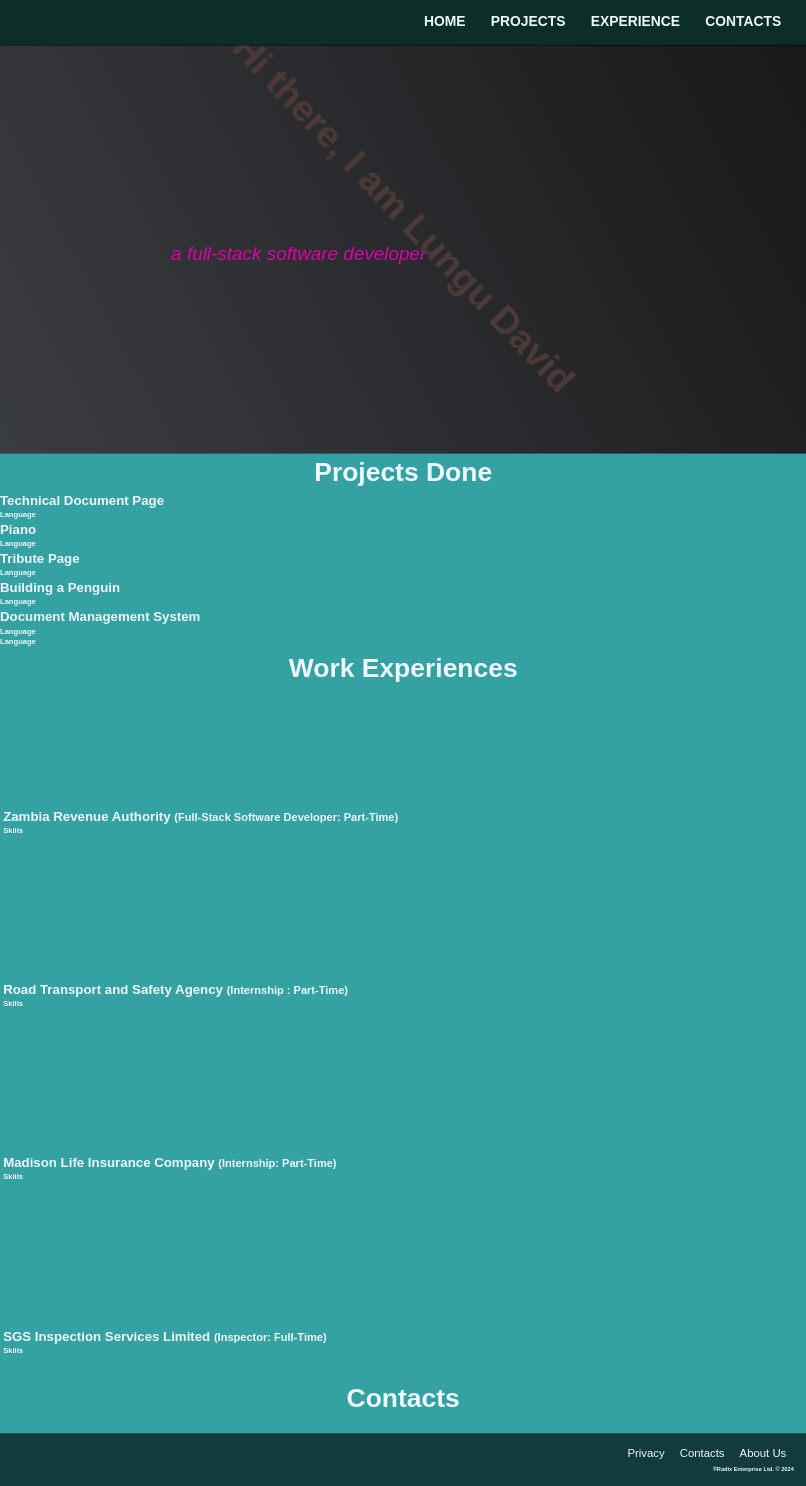
Repository: Lungdjos/personal_portifolio
Page: html/index.html
These files come from the project's save history. The page is drawn as it stood at one moment and after a run of saves; the edit follows.
The browser window is 1280 px wide. The pictures show the whole page, at 63% of full size.

Above is the page before, as saved 2024-02-02 01:24:23.

### html/index.html
<!DOCTYPE html>
<html lang="en">

<head>
    <meta charset="UTF-8">
    <meta name="viewport" content="width=device-width, initial-scale=1.0">
    <title>Personal Portifolio</title>
    <link rel="stylesheet" href="/css/styles.css">
    <!-- <link href="https://cdn.jsdelivr.net/npm/bootstrap@5.3.2/dist/css/bootstrap.min.css" rel="stylesheet" integrity="sha384-T3c6CoIi6uLrA9TneNEoa7RxnatzjcDSCmG1MXxSR1GAsXEV/Dwwykc2MPK8M2HN" crossorigin="anonymous"> -->
</head>

<body>
    <header class="header">
        <nav id="navbar">
            <ul class="nav-list">
                <li><a href="#Home" class="nav-link"><i class=""></i>Home</a></li>
                <li>
                    <a href="#Works" class="nav-link"> <i class=""></i>Projects</a>
                </li>
                <li>
                    <a href="#Work-Experience" class="nav-link"> <i class=""></i>Experience</a>
                </li>
                <li><a href="#Contacts" class="nav-link"><i class=""></i>Contacts</a></li>
            </ul>
        </nav>
    </header>
    <main class="m-3">
        <div id="spacer"></div>
        <section class="home" id="Home">
            <div id="welcome-section">
                <h1 id="title">Hi there, I am Lungu David</h1>
                <p id="sub-title">a full-stack software developer</p>
            </div>
        </section>
        <div id="spacer"></div>
        <section class="works" id="Works">
            <h2>Projects Done</h2>
            <div class="grid">
                <div class="projects">
                    <h3>Technical Document Page</h3>
                    <h6 class="language">Language</h6>
                    <p>
                        <ul>
                            <li></li>
                        </ul>
                    </p>
                </div>
                <div class="projects">
                    <h3>Piano</h3>
                    <h6 class="language">Language</h6>
                    <p>
                        <ul>
                            <li></li>
                        </ul>
                    </p>
                </div>
                <div class="projects">
                    <h3>Tribute Page</h3>
                    <h6 class="language">Language</h6>
                    <p>
                        <ul>
                            <li></li>
                        </ul>
                    </p>
                </div>
                <div class="projects">
                    <h3>Building a Penguin</h3>
                    <h6 class="language">Language</h6>
                    <p>
                        <ul>
                            <li></li>
                        </ul>
                    </p>
                </div>
                <div class="projects">
                    <h3>Document Management System</h3>
                    <h6 class="language">Language</h6>
                    <p>
                        <ul>
                            <li></li>
                        </ul>
                    </p>
                </div>
                <div class="projects">
                    <h3></h3>
                    <h6 class="language">Language</h6>
                    <p>
                        <ul>
                            <li></li>
                        </ul>
                    </p>
                </div>
            </div>
        </section>
        <div id="spacer"></div>
        <section class="" id="Work-Experience">
            <h2>Work Experiences</h2>
            <div id="grid">
                <div id="icon"></div>
                <div class="experience">
                    <h3>Zambia Revenue Authority <small>(Full-Stack Software Developer: Part-Time)</small></h3>
                    <h6 class="skills">Skills</h6>
                    <p>
                        <ul>
                            <li></li>
                            <li></li>
                            <li></li>
                            <li></li>
                        </ul>
                    </p>
                </div>
            </div>

            <div id="grid">
                <div id="icon"></div>
                <div class="experience">
                    <h3>Road Transport and Safety Agency <small>(Internship : Part-Time)</small></h3>
                    <h6 class="skills">Skills</h6>
                    <p>
                        <ul>
                            <li></li>
                            <li></li>
                            <li></li>
                            <li></li>
                        </ul>
                    </p>
                </div>
            </div>

            <div id="grid">
                <div id="icon"></div>
                <div class="experience">
                    <h3>Madison Life Insurance Company <small>(Internship: Part-Time)</small></h3>
                    <h6 class="skills">Skills</h6>
                    <p>
                        <ul>
                            <li></li>
                            <li></li>
                            <li></li>
                            <li></li>
                        </ul>
                    </p>
                </div>
            </div>

            <div id="grid">
                <div id="icon"></div>
                <div class="experience">
                    <h3>SGS Inspection Services Limited <small>(Inspector: Full-Time)</small></h3>
                    <h6 class="skills">Skills</h6>
                    <p>
                        <ul>
                            <li></li>
                            <li></li>
                            <li></li>
                            <li></li>
                        </ul>
                    </p>
                </div>
            </div>
        </section>
        <div id="spacer"></div>
        <section class="contact" id="Contacts">
            <h2>Contacts</h2>
        </section>
    </main>
    <footer>
        <ul>
            <li><a href="">Privacy</a></li>
            <li><a href="">Contacts</a></li>
            <li><a href="">About Us</a></li>
        </ul>
        <span>&REG;Radix Enterprise Ltd. &copy; 2024</span>
    </footer>
</body>

</html>

### css/styles.css
/** STYLING FOR THE PORTIFOLIO **/


/* the root selector */

:root {
    /* colors */
    --main-col: aliceblue;
    --bc-1: #34a2a2;
    --bc-2: #0b2e28;
    --bc-3: #123b3b;
    --bc-4: #45567d;
    /* values */
}

html {
    font-size: 62.5%;
    box-sizing: border-box;
    scroll-behavior: smooth;
}

* {
    margin: 0;
    padding: 0;
}


/* box-sizing and font sizing */

*,
*::before,
*::after {
    box-sizing: inherit;
}


/* body styling */

body {
    font-family: 'Poppins', sans-serif;
    font-size: 1.8rem;
    font-weight: 400;
    line-height: 1.4;
    color: var(--main-col);
    background-color: var(--bc-1);
}


/* headings styling */

h1,
h2 {
    font-family: 'Raleway', sans-serif;
    font-weight: 600;
    text-align: center;
}

h1 {
    font-size: 6rem;
}

h2 {
    font-size: 4.2rem;
}


/* List and anchor styling */

ul {
    list-style: none;
}

a {
    color: var(--main-col);
    text-decoration: none;
}

img {
    display: block;
    width: 100%;
}


/* nav bar styling */

nav {
    font-weight: 600;
}

.header {
    display: flex;
    justify-content: flex-end;
    position: fixed;
    top: 0;
    left: 0;
    width: 100%;
    box-shadow: 0 2px 0 rgba(0, 0, 0, 0.4);
    z-index: 10;
    background-color: var(--bc-2);
}

nav>ul {
    display: flex;
    margin-right: 2rem;
    text-transform: uppercase;
}

.nav-list a {
    display: block;
    font-size: 2.2rem;
    padding: 2rem;
}

.nav-list a:hover {
    background: var(--bc-4);
}


/* body tyling */

#spacer {
    max-width: 1000px;
    width: 100%;
    margin: 0 auto;
}

main>li {
    list-style-type: disc;
}


/* Styling or the Home Page */

.home {
    width: 100%;
    height: 100vh;
    display: flex;
    flex-direction: column;
    justify-content: center;
    align-items: center;
    background: inherit;
    background-image: linear-gradient(62deg, #3a3d40 0%, #181719 100%);
}

#welcome-section>p {
    font-size: 3rem;
    font-weight: 200;
    font-style: italic;
    color: #d0a;
}

#title {
    transform-origin: center;
    animation: rotateAndChangeColor 4s infinite ease-in-out;
}

#sub-title {
    text-indent: 10px;
}


/* Work Experience */

#Work-Experience {
    margin-top: 5px;
}

#Work-Experience #icon {
    display: flex;
    flex-direction: column;
    justify-content: center;
    height: 150px;
    width: 20vw;
}

#Work-Experience .experience {
    display: flex;
    flex-direction: column;
    justify-content: center;
    height: 125px;
    width: 80vw;
    padding: 5px;
}


/* footer styling */

footer {
    margin-top: 25px;
    padding: 20px;
    width: 100%;
    background-color: var(--bc-3);
}

footer>ul {
    display: flex;
    justify-content: flex-end;
}

footer>ul>li {
    padding: 0 12px;
}

footer>span {
    display: flex;
    justify-content: flex-end;
    margin-top: 6px;
    font-size: .9rem;
    font-weight: bold;
}


/* ANIMATIONS AND EFFECTS */

@keyframes rotateAndChangeColor {
    0% {
        transform: rotate(0deg);
        color: #333;
    }
    100% {
        transform: rotate(360deg);
        color: #ff6347;
        /* Change to the desired color */
    }
    100% {
        transform: rotate(360deg);
        color: #ff6347;
        /* Change to the desired color */
    }
}


/* STYLING FOR SMALL DEVICES */


/* 1200px / 16px = 75em */

@media (max-width: 75em) {
    html {
        font-size: 60%;
    }
}


/* 980px / 16px = 61.25em */

@media (max-width: 61.25em) {
    html {
        font-size: 58%;
    }
}


/* 460px / 16px = 28.75em */

@media (max-width: 28.75em) {
    html {
        font-size: 55%;
    }
}


/* nav bar media queries */

@media (max-width: 28.75em) {
    #navbar {
        justify-content: center;
    }
    .nav-list {
        margin: 0 1rem;
    }
}

After the next 2 saves:
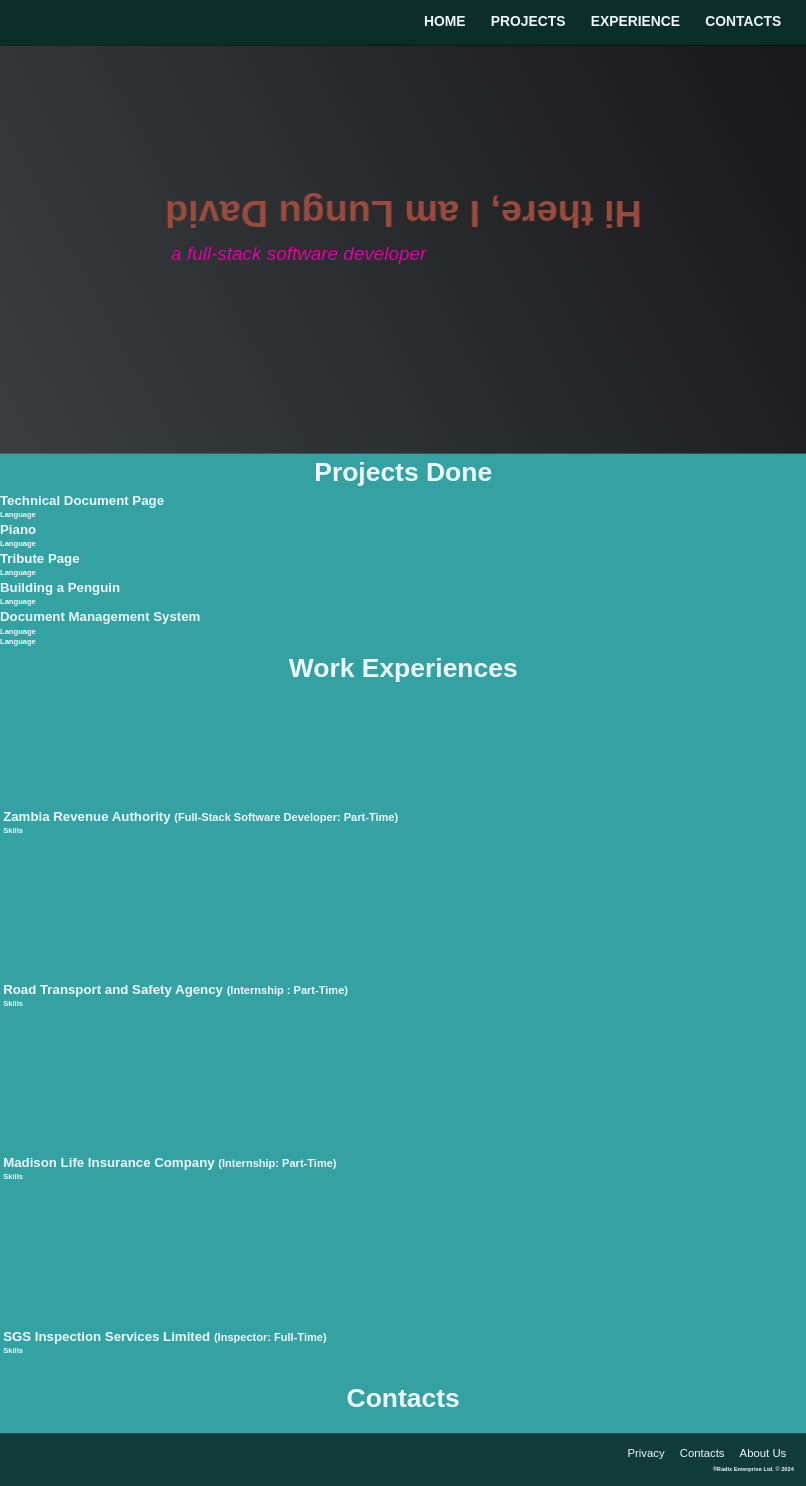
The 2 saves are shown as one change because they came seconds apart.
The last was saved 8 s later.
--- a/css/styles.css
+++ b/css/styles.css
@@ -217,16 +217,16 @@ footer>span {
         transform: rotate(0deg);
         color: #333;
     }
+    50% {
+        transform: rotate(360deg);
+        color: #ff6347;
+        /* Change to the desired color */
+    }
     100% {
         transform: rotate(360deg);
         color: #ff6347;
         /* Change to the desired color */
     }
-    100% {
-        transform: rotate(360deg);
-        color: #ff6347;
-        /* Change to the desired color */
-    }
 }
 
 
